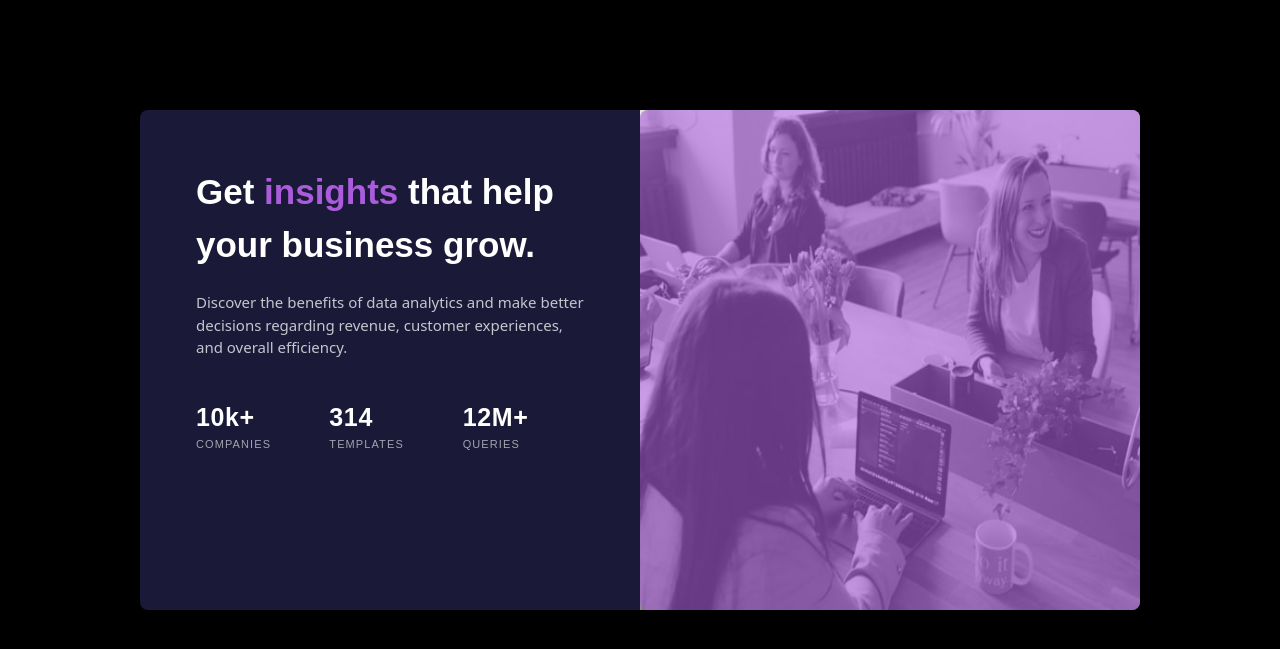
Repository: BerlinWebDev/FrontendMaster_PreviewMentor
Page: /
These files come from the project's save history. The page is drawn as it stood at one moment and after the next save; the edit follows.
The browser window is 1280 px wide. The pictures show the whole page.
The project was rebuilt for these pictures with package versions that can differ from the ones it lists, and the page was loaded fresh each time.

Above is the page before, as saved 2023-11-11 20:33:26.

After the next save:
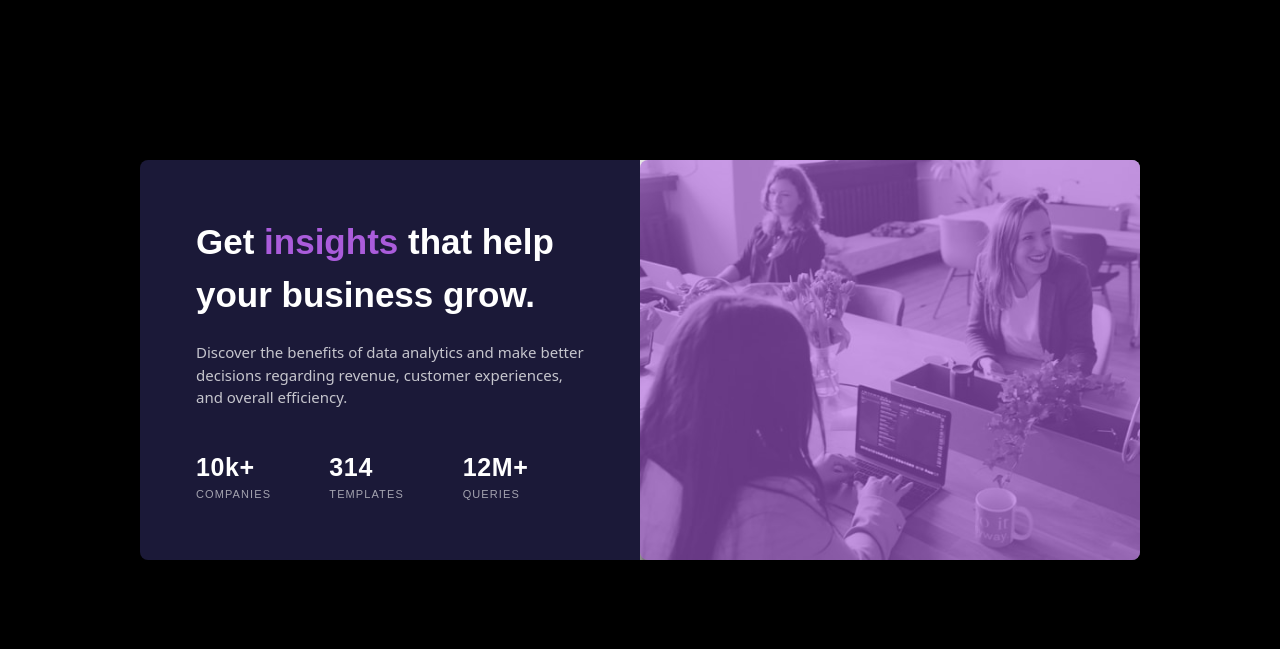
Saved 17 s later.
--- a/src/App.js
+++ b/src/App.js
@@ -10,7 +10,7 @@ function App() {
         <link rel="icon" href="/favicon.ico" />
       </header>
       <main className="flex min-h-screen flex-col items-center justify-center bg-black">
-        <div className="flex h-[500px] w-[1000px] rounded-lg bg-[#1b1938]">
+        <div className="flex h-[400px] w-[1000px] rounded-lg bg-[#1b1938]">
           <aside className="w-1/2  rounded-l-lg">
             <div className="p-14">
               <div className="text-[35px] text-white font-bold font-lexenddeca">
